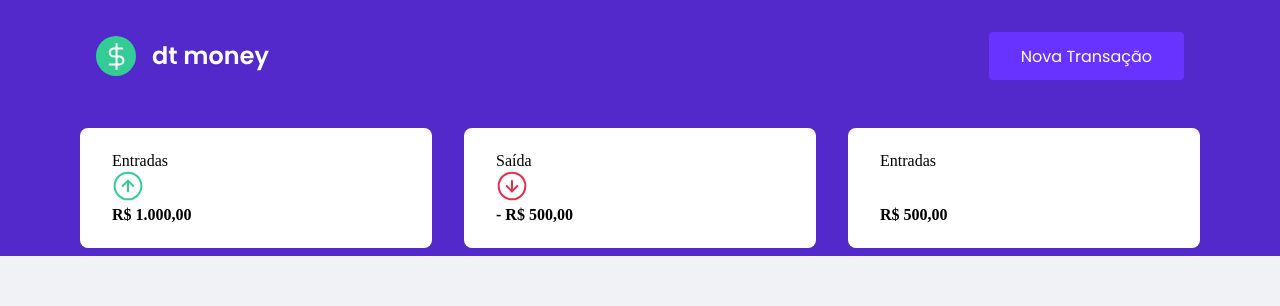
Repository: viniciusfg05/vlmoney
Page: /
These files come from the project's save history. The page is drawn as it stood at one moment and after the next save; the edit follows.
The browser window is 1280 px wide. The pictures show the whole page.
The project was rebuilt for these pictures with package versions that can differ from the ones it lists, and the page was loaded fresh each time.

Above is the page before, as saved 2022-02-21 14:30:50.

After the next save:
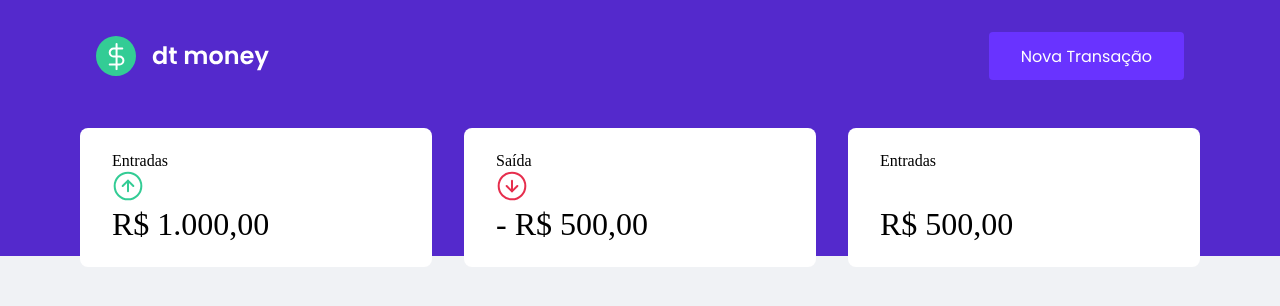
Saved 55 s later.
--- a/src/components/summary/styles.ts
+++ b/src/components/summary/styles.ts
@@ -17,5 +17,11 @@ import styled from "styled-components";
       align-items: center;
       justify-content: space-between;
     }
+
+    strong {
+      margin-top: 1rem;
+      font-size: 2rem;
+      font-weight: normal;
+    }
   }
  `;
